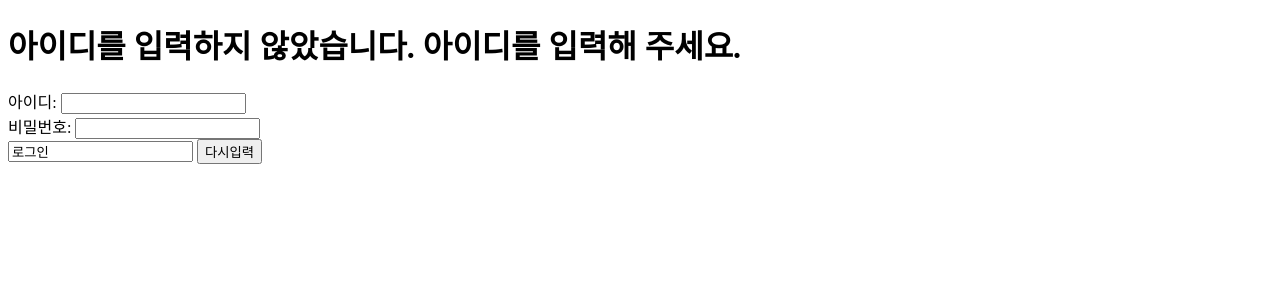
Repository: khkhkhh/JAVA
Page: http://localhost/pro15/login.jsp
An editor plug-in stored every save of this project. The page is shown before and after the next save, followed by the edit.
The browser window is 1280 px wide. The pictures show the whole page.
The page is served by Tomcat 9.

Above is the page before, as saved 2022-08-04 05:20:37.

After the next save:
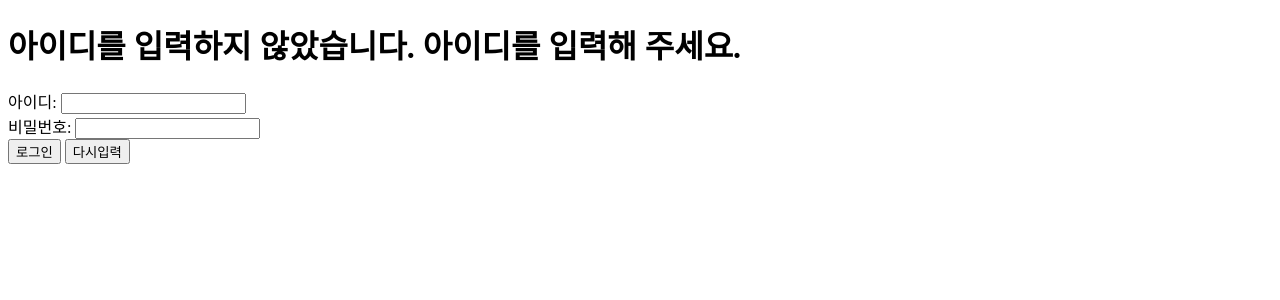
Saved 26 s later.
--- a/pro15/src/main/webapp/login.jsp
+++ b/pro15/src/main/webapp/login.jsp
@@ -11,10 +11,10 @@
 </head>
 <body>
    <h1>아이디를 입력하지 않았습니다. 아이디를 입력해 주세요. </h1>
-   <form   action="post"  method="/result.jsp">
+   <form   action="post"  method="result.jsp">
        아이디:  <input type="text"  name="userID"><br>
        비밀번호:  <input type="password"  name="userPw"><br>
-      <input type=""  value="로그인">
+      <input type="button"  value="로그인">
       <input type="reset"  value="다시입력">
    </form>
 </body>
